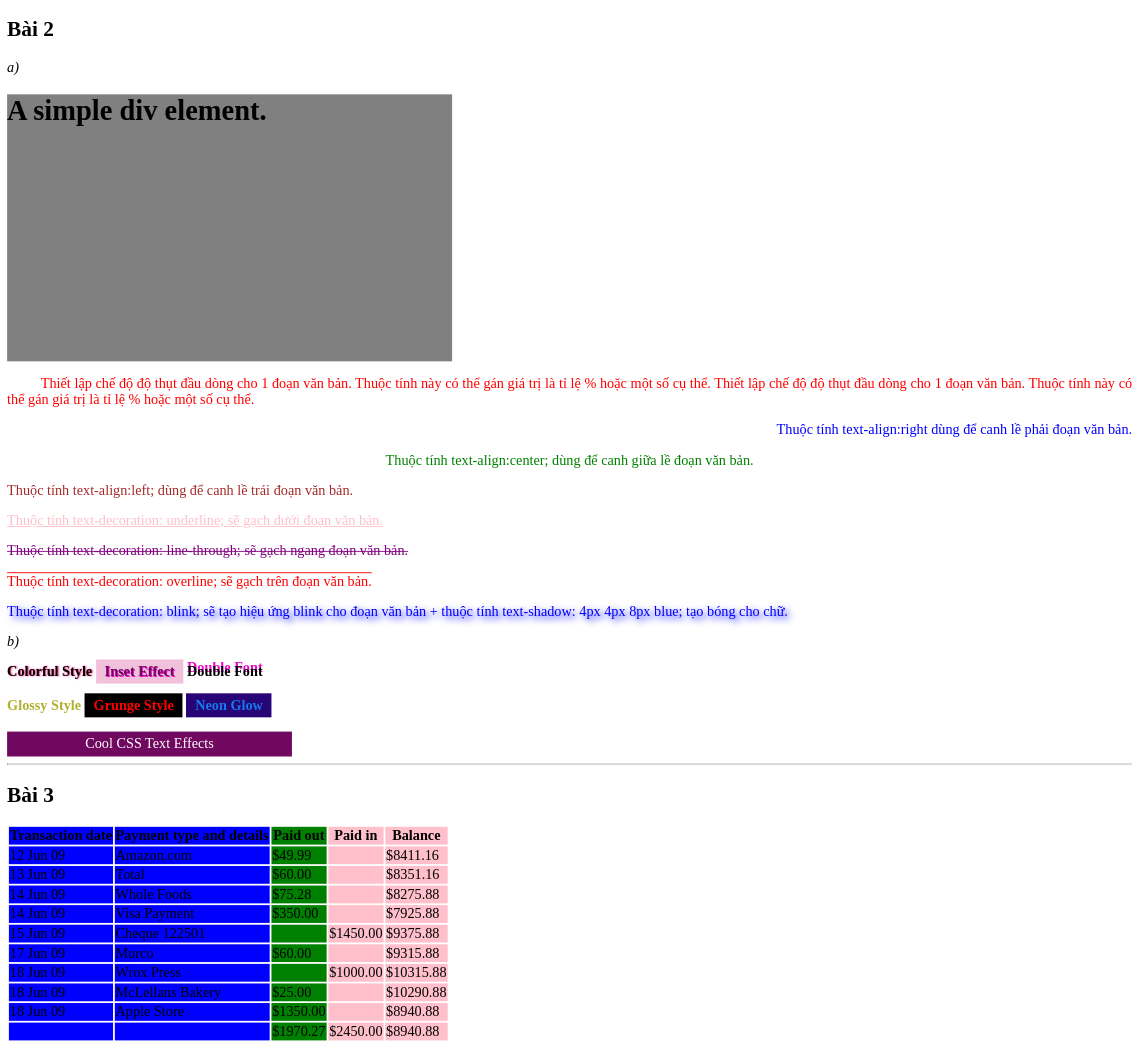
Repository: hoangnguyen1903/STT_21084321_NguyenHuyHoang_DHKHMT17B
Page: html/index.html
An editor plug-in stored every save of this project. The page is shown before and after the next save, followed by the edit.
The browser window is 1280 px wide. The pictures show the whole page, at 89% of full size.

Above is the page before, as saved 2023-03-02 14:05:56.

After the next save:
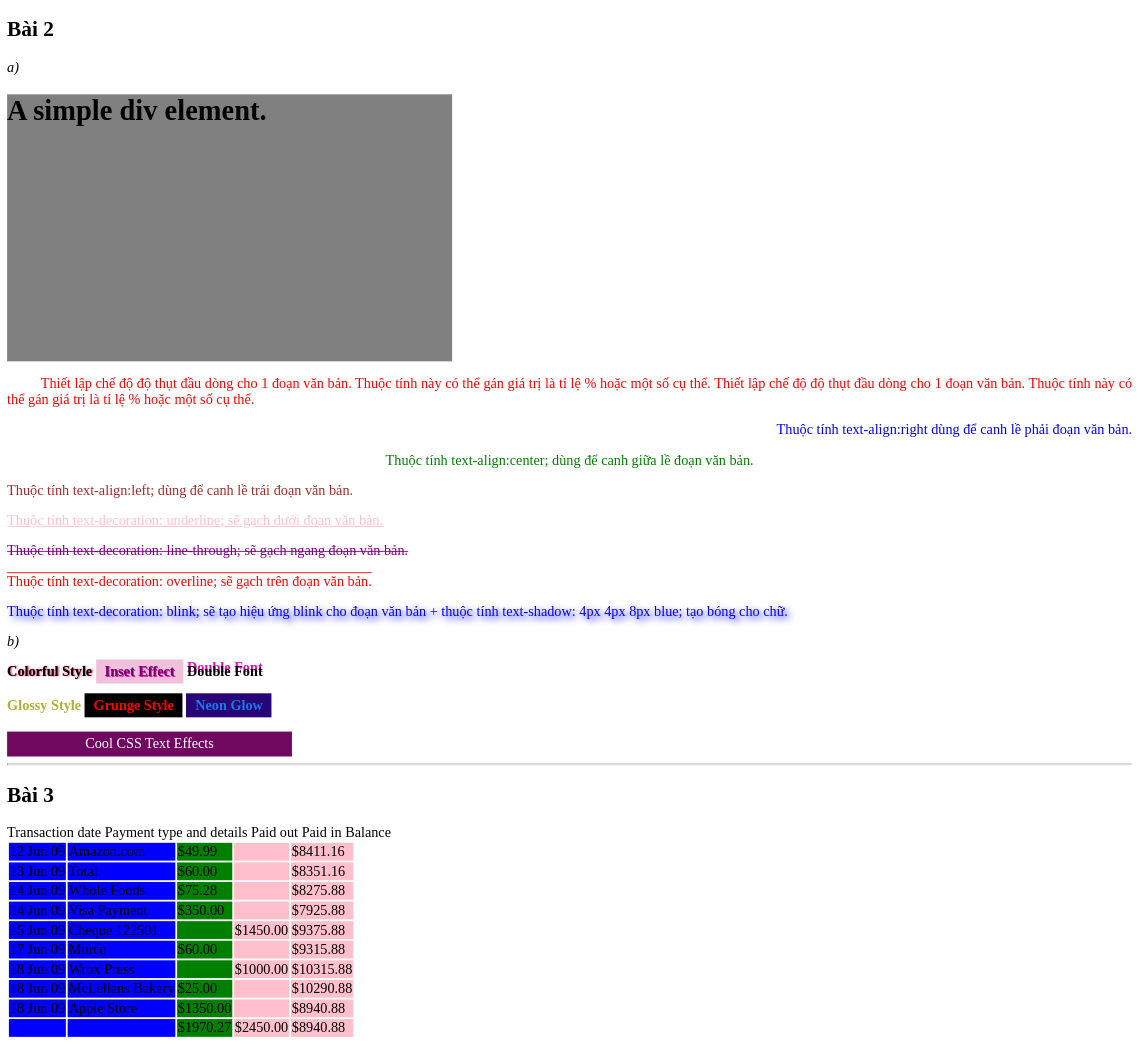
Saved 115 s later.
--- a/html/index.html
+++ b/html/index.html
@@ -116,14 +116,14 @@
     </div>
     <hr />
     <h2><b>Bài 3</b></h2>
+    <tr>
+      <th colspan="6">Transaction date</th>
+      <th colspan="6">Payment type and details</th>
+      <th colspan="2">Paid out</th>
+      <th colspan="2">Paid in</th>
+      <th colspan="3">Balance</th>
+    </tr>
     <table>
-      <tr>
-        <th colspan="6">Transaction date</th>
-        <th colspan="6">Payment type and details</th>
-        <th colspan="2">Paid out</th>
-        <th colspan="2">Paid in</th>
-        <th colspan="3">Balance</th>
-      </tr>
       <colgroup>
         <col span="6" style="background-color: blue" />
         <col span="6" style="background-color: blue" />

After the save that followed:
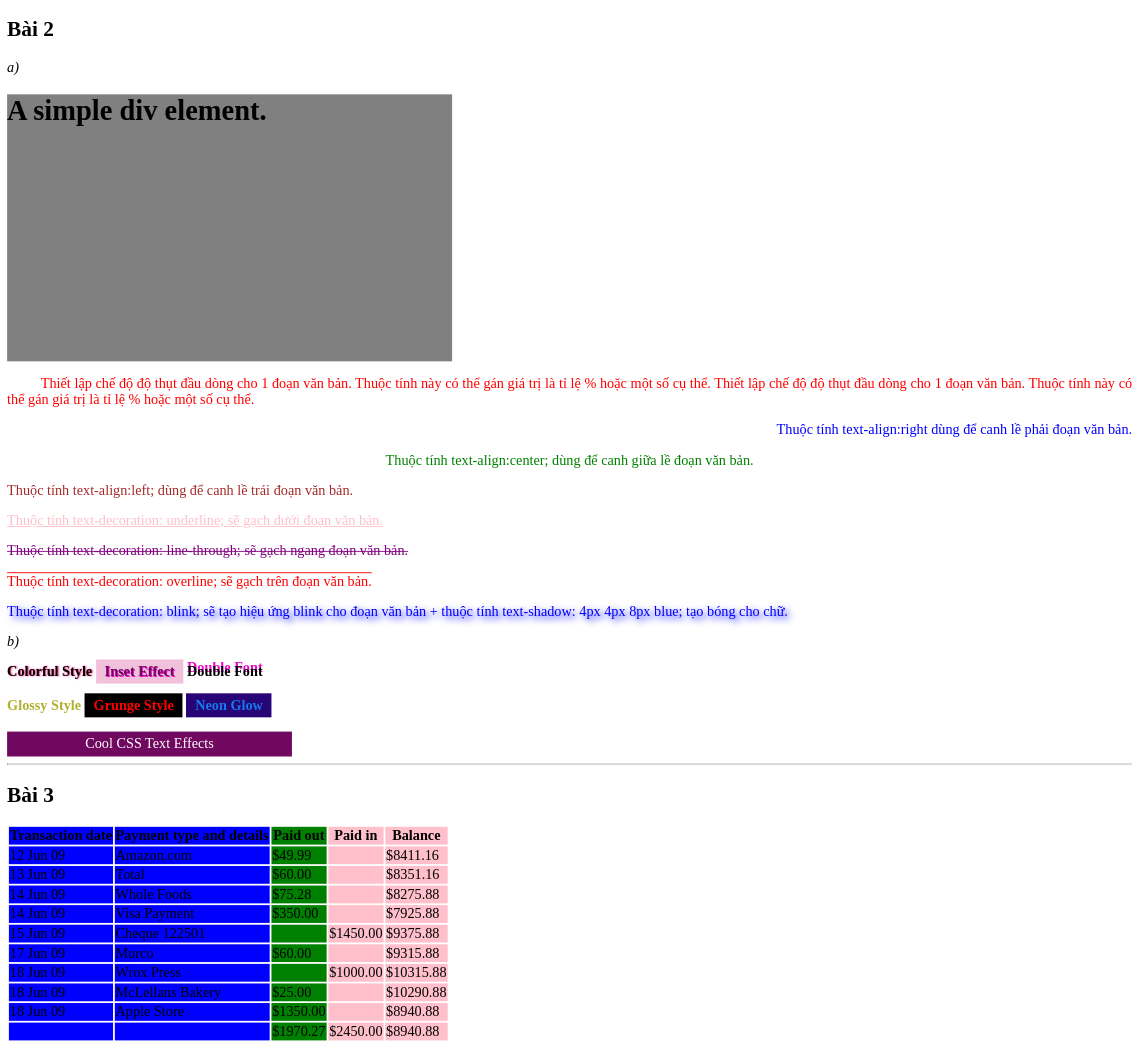
Saved 15 s later.
--- a/html/index.html
+++ b/html/index.html
@@ -116,14 +116,14 @@
     </div>
     <hr />
     <h2><b>Bài 3</b></h2>
-    <tr>
-      <th colspan="6">Transaction date</th>
-      <th colspan="6">Payment type and details</th>
-      <th colspan="2">Paid out</th>
-      <th colspan="2">Paid in</th>
-      <th colspan="3">Balance</th>
-    </tr>
     <table>
+      <tr>
+        <th colspan="6">Transaction date</th>
+        <th colspan="6">Payment type and details</th>
+        <th colspan="2">Paid out</th>
+        <th colspan="2">Paid in</th>
+        <th colspan="3">Balance</th>
+      </tr>
       <colgroup>
         <col span="6" style="background-color: blue" />
         <col span="6" style="background-color: blue" />
